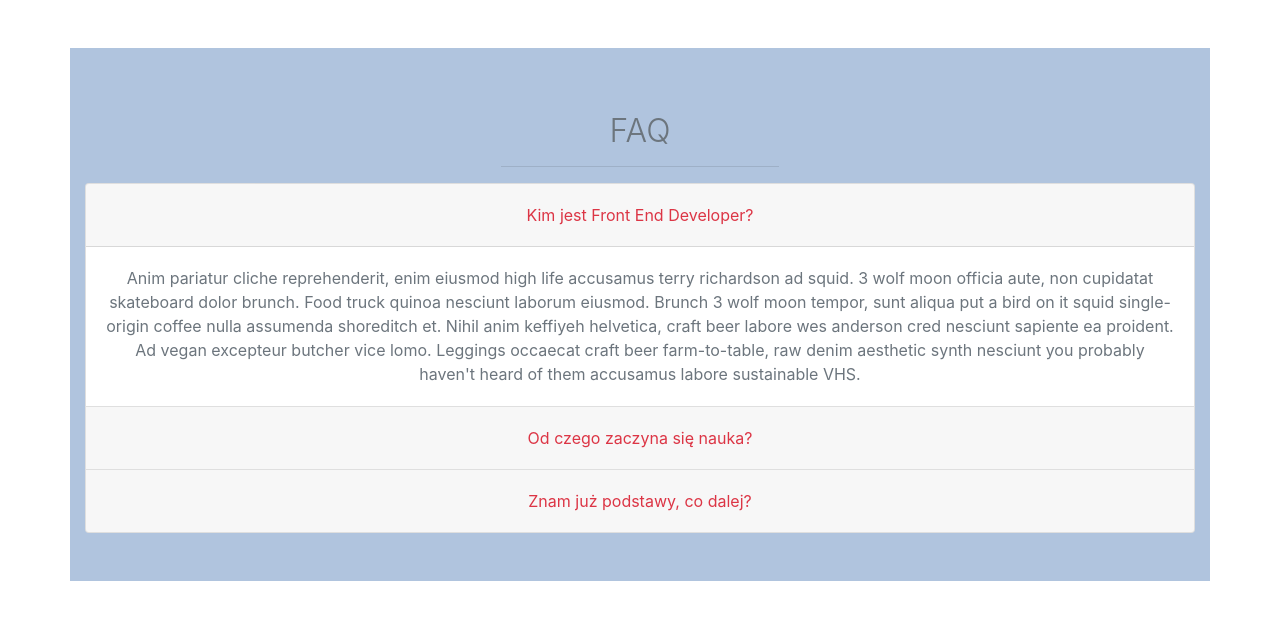
Repository: magdaf41/Bootstrap
Page: zadanie 2/index.html
The author's editor kept a copy of each file at every save. The page is drawn from the files as they stood at one save, then again after the next save.
The browser window is 1280 px wide. The pictures show the whole page.

Above is the page before, as saved 2020-09-18 14:28:35.

After the next save:
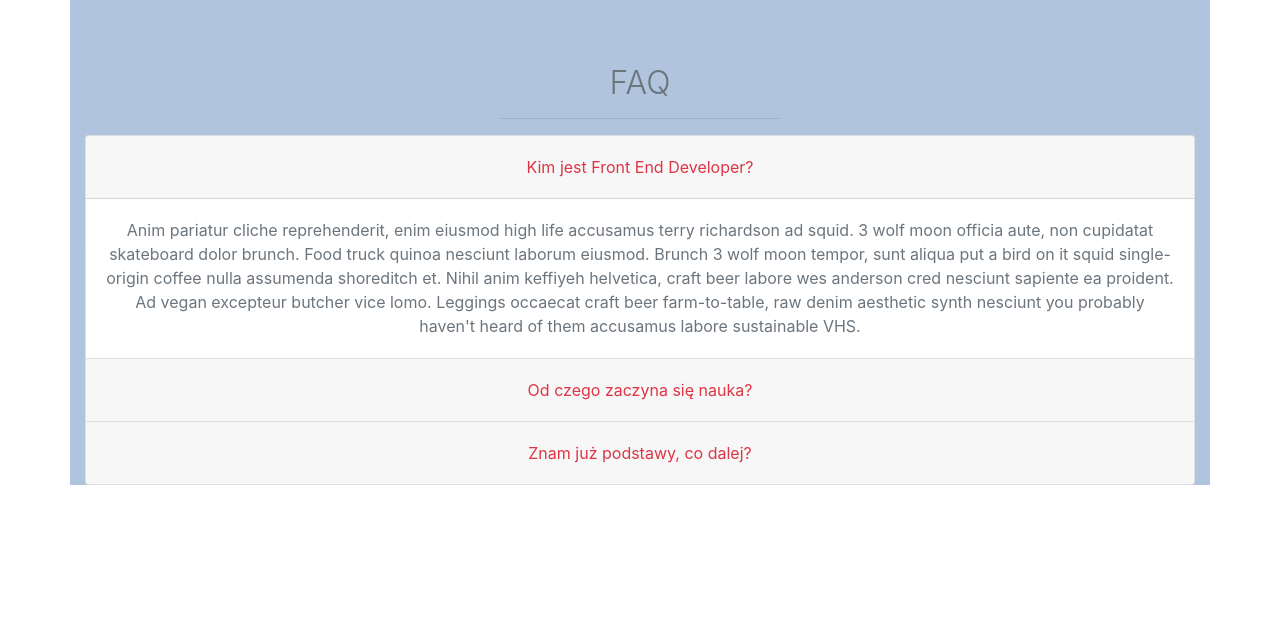
Saved 22 s later.
--- a/zadanie 2/index.html
+++ b/zadanie 2/index.html
@@ -16,7 +16,7 @@
 </head>
 
 <body>
-    <div class="container  text-center pt-3 mt-5 mb-5 pb-5">
+    <div class="container  text-center pt-3 pb-5mt-5 mb-5 ">
         <h1 class="text-muted font-weight-light mt-5">FAQ</h1>
         <hr class="w-25">
 

After the save that followed:
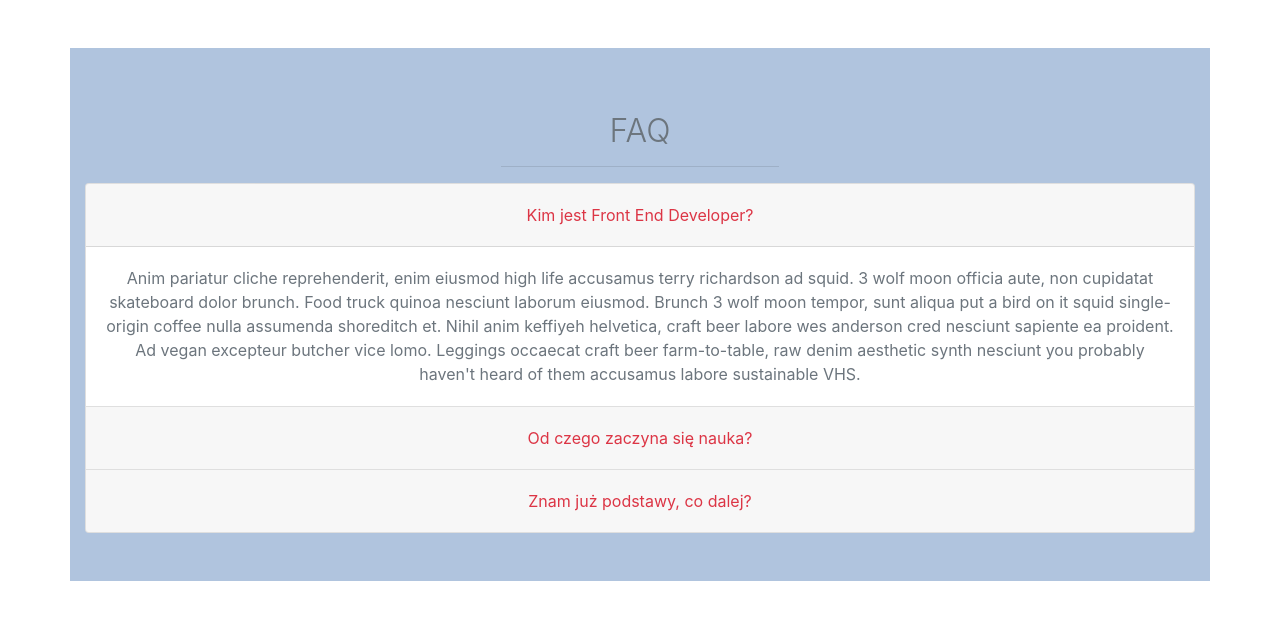
Saved 4 s later.
--- a/zadanie 2/index.html
+++ b/zadanie 2/index.html
@@ -16,7 +16,7 @@
 </head>
 
 <body>
-    <div class="container  text-center pt-3 pb-5mt-5 mb-5 ">
+    <div class="container  text-center pt-3 pb-5 mt-5 mb-5 ">
         <h1 class="text-muted font-weight-light mt-5">FAQ</h1>
         <hr class="w-25">
 
